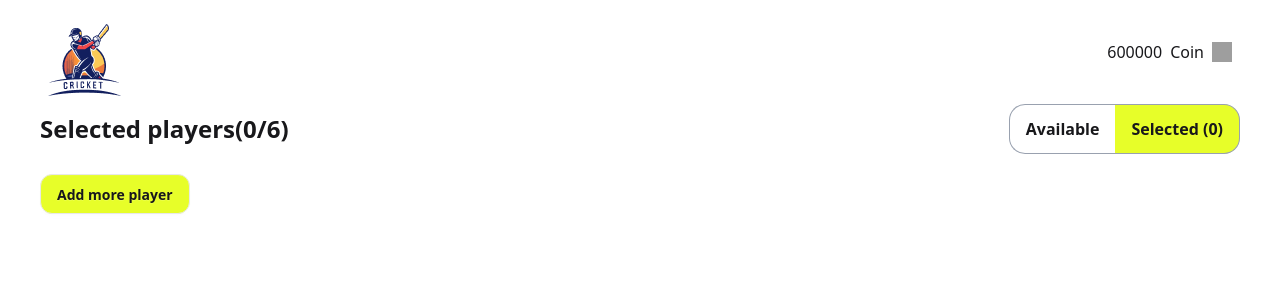
Repository: SanjidaSnigdha/Select-your-eleven
Page: /, after clicking the first element matching `button.rounded-r-2xl`
The author's editor kept a copy of each file at every save. The page is drawn from the files as they stood at one save, then again after the next save.
The browser window is 1280 px wide. The pictures show the whole page.
Pictures or frames that could not be fetched are drawn as grey boxes. The project was rebuilt for these pictures with package versions that can differ from the ones it lists, and the page was loaded fresh each time. Also part of the build but not shown: vite.config.js, src/App.css, src/components/SelectedCard/SelectedCard.jsx.

Above is the page before, as saved 2026-03-21 22:06:14.

### index.html
<!doctype html>
<html lang="en" style="color-scheme: light;">
  <head>
    <meta charset="UTF-8" />
    <link rel="icon" type="image/svg+xml" href="/favicon.svg" />
    <meta name="viewport" content="width=device-width, initial-scale=1.0" />
    <title>select-your-eleven</title>
  </head>
  <body>
    <div id="root"></div>
    <script type="module" src="/src/main.jsx"></script>
  </body>
</html>

### src/index.css
 @import "tailwindcss";
 @plugin "daisyui" {
  themes: light --default, dark --prefersdark;
  themes: light --default;
 }

### src/App.jsx

import './App.css'
import { ToastContainer } from 'react-toastify';

import AvailablePlayers from './components/AvailablePlayers/AvailablePlayers'
import SelectedPlayers from './components/SelectedPlayers/SelectedPlayers'
import Navbar from './components/Navbar/Navbar'
import { Suspense, useState } from 'react'

const fetchPlayers = async () =>{
  const res = await fetch("/players.json")
  return res.json()
}
const playersPromise = fetchPlayers()


function App() {
  const [toggle,setToggle] = useState(true)
  const [availableBalance,setAvailableBalance] = useState(600000)
  const [purchasedPlayers,setPurchasedPlayers] = useState([])
  const removePlayer = (p) =>{
    const filteredData = purchasedPlayers.filter(ply=> ply.player_name!==p.player_name)
    console.log(filteredData)
    setPurchasedPlayers(filteredData)
    setAvailableBalance(availableBalance+parseInt(p.price.split("USD").join("").
                split(",").join("")))

  }

  return (
    <>
   <Navbar availableBalance={availableBalance}></Navbar>
   <div className='max-w-[1200px] mx-auto flex justify-between items-center'>
    <h1 className='font-bold text-2xl'>{
    toggle===true?"Available players":`Selected players(${purchasedPlayers.length}/6)`}</h1>
    <div className='font-bold'>
      <button onClick={()=>setToggle(true)} className={`py-3 px-4 border-1 border-gray-400 rounded-l-2xl border-r-0 ${toggle===true?"bg-[#E7FE29]":""}`}>Available</button>
      <button onClick={()=>setToggle(false)} className={`py-3 px-4 border-1 border-gray-400 rounded-r-2xl border-l-0 ${toggle===false?"bg-[#E7FE29]":""}`}>Selected <span>({purchasedPlayers.length})</span></button>
    </div>

   </div>

     {
      toggle === true?<Suspense fallback={<span className="loading loading-spinner loading-xl"></span>
}>
    <AvailablePlayers purchasedPlayers={purchasedPlayers} setPurchasedPlayers={setPurchasedPlayers} availableBalance={availableBalance} setAvailableBalance={setAvailableBalance} playersPromise={playersPromise}></AvailablePlayers>
</Suspense>:<SelectedPlayers removePlayer={removePlayer} purchasedPlayers={purchasedPlayers}></SelectedPlayers>

     }



      <ToastContainer></ToastContainer>

    </>
  )
}

export default App

### src/components/AvailablePlayers/AvailablePlayers.jsx
import React, { use } from 'react';

import PlayerCard from '../PlayerCard/PlayerCard';

const AvailablePlayers = ({playersPromise,setAvailableBalance,availableBalance,purchasedPlayers,setPurchasedPlayers}) => {
    const playerData = use(playersPromise)
    return (
        <div className='max-w-[1200px] mx-auto grid grid-cols-1 md:grid-cols-3 gap-4'>

            {
              playerData.map(player=><PlayerCard setPurchasedPlayers={setPurchasedPlayers} purchasedPlayers={purchasedPlayers} availableBalance={availableBalance} setAvailableBalance={setAvailableBalance} player={player}></PlayerCard>


              )
            }

        </div>
    );
};

export default AvailablePlayers;

### src/components/SelectedPlayers/SelectedPlayers.jsx
import React from 'react';
import SelectedCard from '../SelectedCard/SelectedCard';

const SelectedPlayers = ({purchasedPlayers,removePlayer}) => {
    console.log(purchasedPlayers)
    return (
        <div className='max-w-[1200px] mx-auto'>
            {
                purchasedPlayers.map(player=><SelectedCard removePlayer={removePlayer} player={player}></SelectedCard>)
            }
            <button className='btn mt-5 bg-[#E7FE29] rounded-xl font-bold'>Add more player</button>

        </div>

    );
};

export default SelectedPlayers;

### src/components/Navbar/Navbar.jsx
import React from 'react';
import navImg from "../../assets/logo.png"
import dollarImg from "../../assets/dollar-1.png"

const Navbar = ({availableBalance}) => {
    return (

         <div className="navbar max-w-[1200px] mx-auto">
          <div className="flex-1">
            <a className="text-xl">
              <img className="w-60px h-50px mt-4" src={navImg} alt="" />
           </a>
          </div>
          <div className="flex items-center gap-1">
          <span className='mr-1'>{availableBalance}</span>
          <span className='mr-1'>Coin</span>
          <img className="w-5 h-5" src={dollarImg} alt="" />
         </div>
       </div>
    );

};

export default Navbar;

### src/components/PlayerCard/PlayerCard.jsx
import React, { useState } from 'react';
import userImg from "../../assets/man.png"
import flagImg from "../../assets/flag.jpg"
import { toast } from 'react-toastify';

const PlayerCard = ({player,setAvailableBalance,availableBalance,purchasedPlayers,setPurchasedPlayers}) => {
    const [isSelected,setIsSelected] = useState(false)

    const handleSelected = (playerData) =>{
        const playerPrice = parseInt(playerData.price.split("USD").join("").
                split(",").join(""))
                if(availableBalance<playerPrice){
                    toast("Not enough coins!!")
                    return
                }
                if(purchasedPlayers.length===6){
                    toast("6 players already selected")
                    return
                }

         setIsSelected(true)
                setAvailableBalance(availableBalance - playerPrice);
                setPurchasedPlayers([...purchasedPlayers,playerData])


    };
    return (
                        <div className="card bg-base-100 shadow-sm p-4">
         <figure className="px-10 pt-10">
           <img
             src={player.player_image}
             alt="Shoes"
             className='w-full h-[280px] object-cover'
              />
         </figure>
         <div className="mt-4">
           <div className='flex'>
               <img className='w-8 h-8' src={userImg} alt="" /><h2 className='card-title ml-2'>{player.player_name}</h2>
           </div>
           <div className='flex justify-between mt-4 border-b-2 border-gray-400 pb-2'>
       <div className='flex items-center'>
           <img className='w-8 h-8' src={flagImg} alt="" />
           <span className='ml-2'>{player.player_country}</span>
           </div>
           <button className='btn'>{player.playing_role}</button>
           </div>
       <div className='flex justify-between font-bold'>
           <span>{player.rating}</span>

       </div>
       <div className='flex justify-between mt-4'>
           <span className='font-bold'>{player.bating_style}</span>
           <span>{player.bowling_style}</span>
       </div>

           <div className="card-actions mt-3 flex justify-between items-center">
               <p className='font-bold'>${player.price}</p>
             <button disabled={isSelected} onClick={()=>{handleSelected(player)

             }} className="btn">{isSelected===true?"Selected":"Choose player"}</button>
           </div>
         </div>
       </div>
    );
};

export default PlayerCard;

### public/players.json
[
  {
    "player_image": "https://i.ibb.co.com/CKt7DdsZ/shakib-al-hasan-smiling-8olow941lckcha6b.jpg",
    "player_name": "Shakib Al Hasan",
    "player_country": "Bangladesh",
    "playing_role": "All-Rounder",
    "rating": 9.5,
    "bating_style": "Left-hand bat",
    "bowling_style": "Slow left-arm orthodox",
    "price": "75,000 USD"
  },
  {
    "player_image": "https://i.ibb.co.com/WWKnGkNs/Faf-du-Plessis.jpg",
    "player_name": "Faf du Plessis",
    "player_country": "South Africa",
    "playing_role": "Batsman",
    "rating": 9.0,
    "bating_style": "Right-hand bat",
    "bowling_style": "Right-arm medium",
    "price": "70,000 USD"
  },
  {
    "player_image": "https://i.ibb.co.com/XZxnnz3F/Rashid-Khan.jpg",
    "player_name": "Rashid Khan",
    "player_country": "Afghanistan",
    "playing_role": "Bowler",
    "rating": 9.8,
    "bating_style": "Right-hand bat",
    "bowling_style": "Right-arm leg spin",
    "price": "85,000 USD"
  },
  {
    "player_image": "https://i.ibb.co.com/4w5xgSNn/liton-das.jpg",
    "player_name": "Liton Das",
    "player_country": "Bangladesh",
    "playing_role": "Wicketkeeper-Batsman",
    "rating": 8.7,
    "bating_style": "Right-hand bat",
    "bowling_style": "None",
    "price": "60,000 USD"
  },
  {
    "player_image": "https://i.ibb.co.com/391gsfv8/Andre-Russell.jpg",
    "player_name": "Andre Russell",
    "player_country": "West Indies",
    "playing_role": "All-Rounder",
    "rating": 9.6,
    "bating_style": "Right-hand bat",
    "bowling_style": "Right-arm fast",
    "price": "90,000 USD"
  },
  {
    "player_image": "https://i.ibb.co.com/67D8FvCn/Mustafizur-Rahman.webp",
    "player_name": "Mustafizur Rahman",
    "player_country": "Bangladesh",
    "playing_role": "Bowler",
    "rating": 8.9,
    "bating_style": "Left-hand bat",
    "bowling_style": "Left-arm fast-medium",
    "price": "65,000 USD"
  },
  {
    "player_image": "https://i.ibb.co.com/h1wRWkVC/David-Warner.jpg",
    "player_name": "David Warner",
    "player_country": "Australia",
    "playing_role": "Batsman",
    "rating": 9.4,
    "bating_style": "Left-hand bat",
    "bowling_style": "Right-arm leg spin",
    "price": "95,000 USD"
  },
  {
    "player_image": "https://i.ibb.co.com/0VsmTGGY/Sunil-Narine.jpg",
    "player_name": "Sunil Narine",
    "player_country": "West Indies",
    "playing_role": "All-Rounder",
    "rating": 9.2,
    "bating_style": "Left-hand bat",
    "bowling_style": "Right-arm off spin",
    "price": "80,000 USD"
  },
  {
    "player_image": "https://i.ibb.co.com/HpkRbDz3/Babar.png",
    "player_name": "Babar Azam",
    "player_country": "Pakistan",
    "playing_role": "Batsman",
    "rating": 9.3,
    "bating_style": "Right-hand bat",
    "bowling_style": "None",
    "price": "92,000 USD"
  },
  {
    "player_image": "https://i.ibb.co.com/dsk08w2x/Lasith-Malinga1.jpg",
    "player_name": "Lasith Malinga",
    "player_country": "Sri Lanka",
    "playing_role": "Bowler",
    "rating": 9.1,
    "bating_style": "Right-hand bat",
    "bowling_style": "Right-arm fast",
    "price": "78,000 USD"
  },
  {
    "player_image": "https://i.ibb.co.com/s9vHr4tS/Ben-Stokes.png",
    "player_name": "Ben Stokes",
    "player_country": "England",
    "playing_role": "All-Rounder",
    "rating": 9.7,
    "bating_style": "Left-hand bat",
    "bowling_style": "Right-arm fast-medium",
    "price": "100,000 USD"
  },
  {
    "player_image": "https://i.ibb.co.com/gFhPmT1c/Quinton-de-Kock1.jpg",
    "player_name": "Quinton de Kock",
    "player_country": "South Africa",
    "playing_role": "Wicketkeeper-Batsman",
    "rating": 9.0,
    "bating_style": "Left-hand bat",
    "bowling_style": "None",
    "price": "88,000 USD"
  }
]

Loaded but not shown: src/main.jsx (common file)

After the next save:
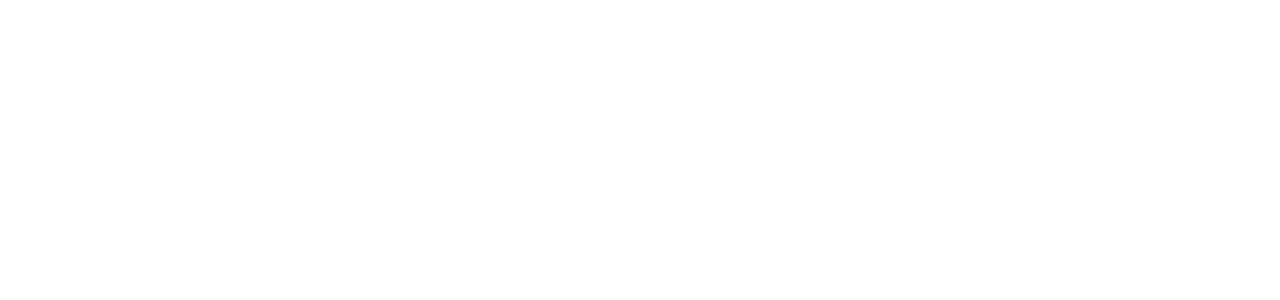
Console error: ReferenceError: toggle is not defined
Saved 12 min 56 s later.
--- a/src/components/SelectedPlayers/SelectedPlayers.jsx
+++ b/src/components/SelectedPlayers/SelectedPlayers.jsx
@@ -8,7 +8,8 @@
             {
                 purchasedPlayers.map(player=><SelectedCard removePlayer={removePlayer} player={player}></SelectedCard>)
             }
-            <button className='btn mt-5 bg-[#E7FE29] rounded-xl font-bold'>Add more player</button>
+            {/* <button onClick= "" className='btn mt-5 bg-[#E7FE29] rounded-xl font-bold'>Add more player</button> */}
+        <button onClick={()=>setToggle(true)} className={`py-3 px-4 border-1 border-gray-400 rounded-l-2xl border-r-0 ${toggle===true?"bg-[#E7FE29]":""}`}>Available</button>
 
         </div>
 

After the save that followed:
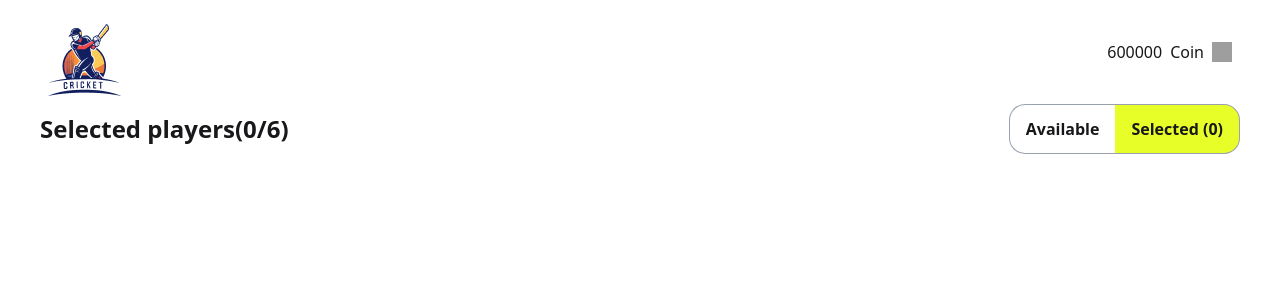
The error is gone.
Saved 2 min 22 s later.
--- a/src/components/SelectedPlayers/SelectedPlayers.jsx
+++ b/src/components/SelectedPlayers/SelectedPlayers.jsx
@@ -8,8 +8,7 @@
             {
                 purchasedPlayers.map(player=><SelectedCard removePlayer={removePlayer} player={player}></SelectedCard>)
             }
-            {/* <button onClick= "" className='btn mt-5 bg-[#E7FE29] rounded-xl font-bold'>Add more player</button> */}
-        <button onClick={()=>setToggle(true)} className={`py-3 px-4 border-1 border-gray-400 rounded-l-2xl border-r-0 ${toggle===true?"bg-[#E7FE29]":""}`}>Available</button>
+        {/* <button onClick={()=>setToggle(true)} className={`py-3 px-4 border-1 border-gray-400 rounded-l-2xl border-r-0 ${toggle===true?"bg-[#E7FE29]":""}`}>Available</button> */}
 
         </div>
 
